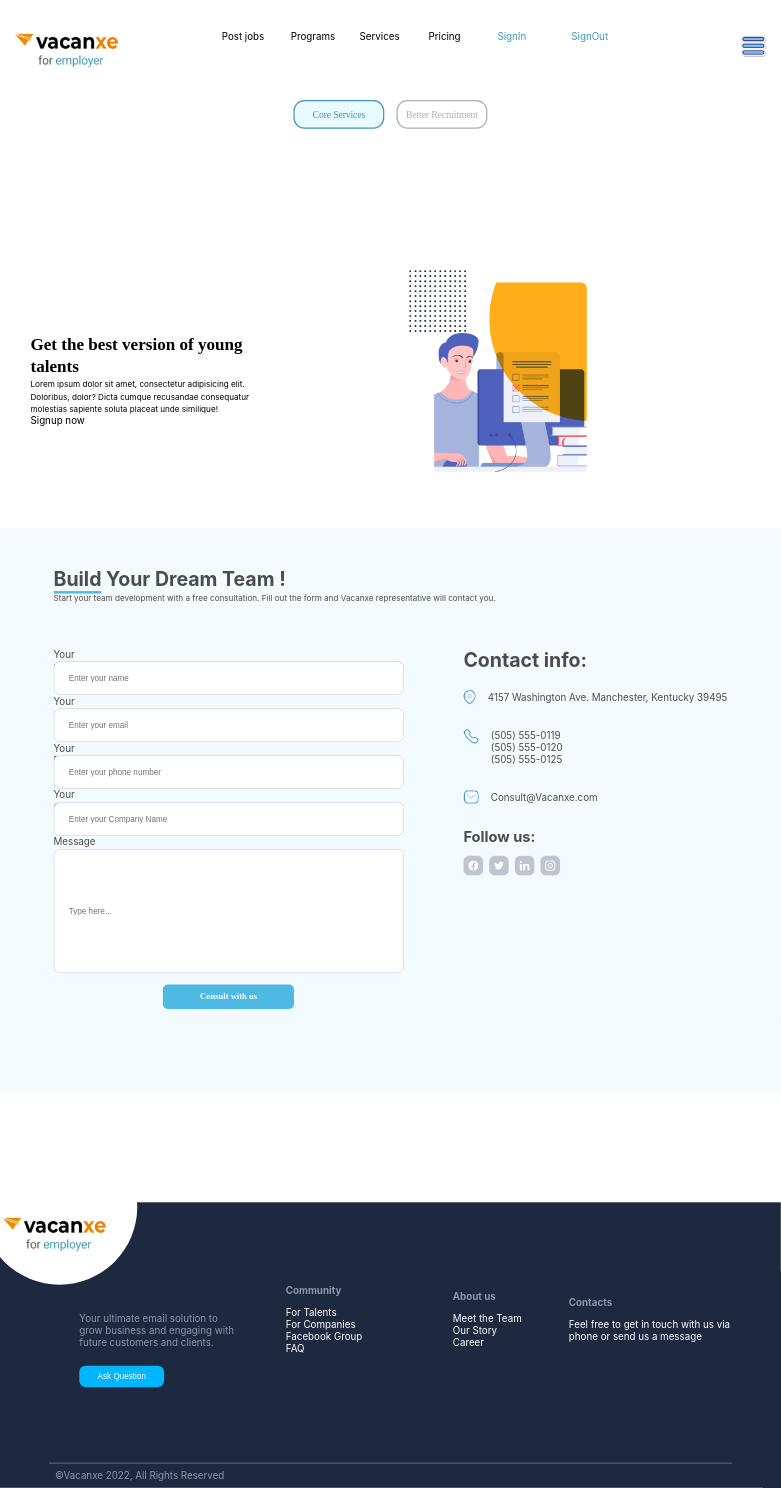
Repository: uh-sman/Vacanxe
Page: /
These files come from the project's save history. The page is drawn as it stood at one moment and after the next save; the edit follows.
The browser window is 1280 px wide. The pictures show the whole page, at 61% of full size.
The project was rebuilt for these pictures with package versions that can differ from the ones it lists, and the page was loaded fresh each time.

Above is the page before, as saved 2022-12-03 18:31:33.

After the next save:
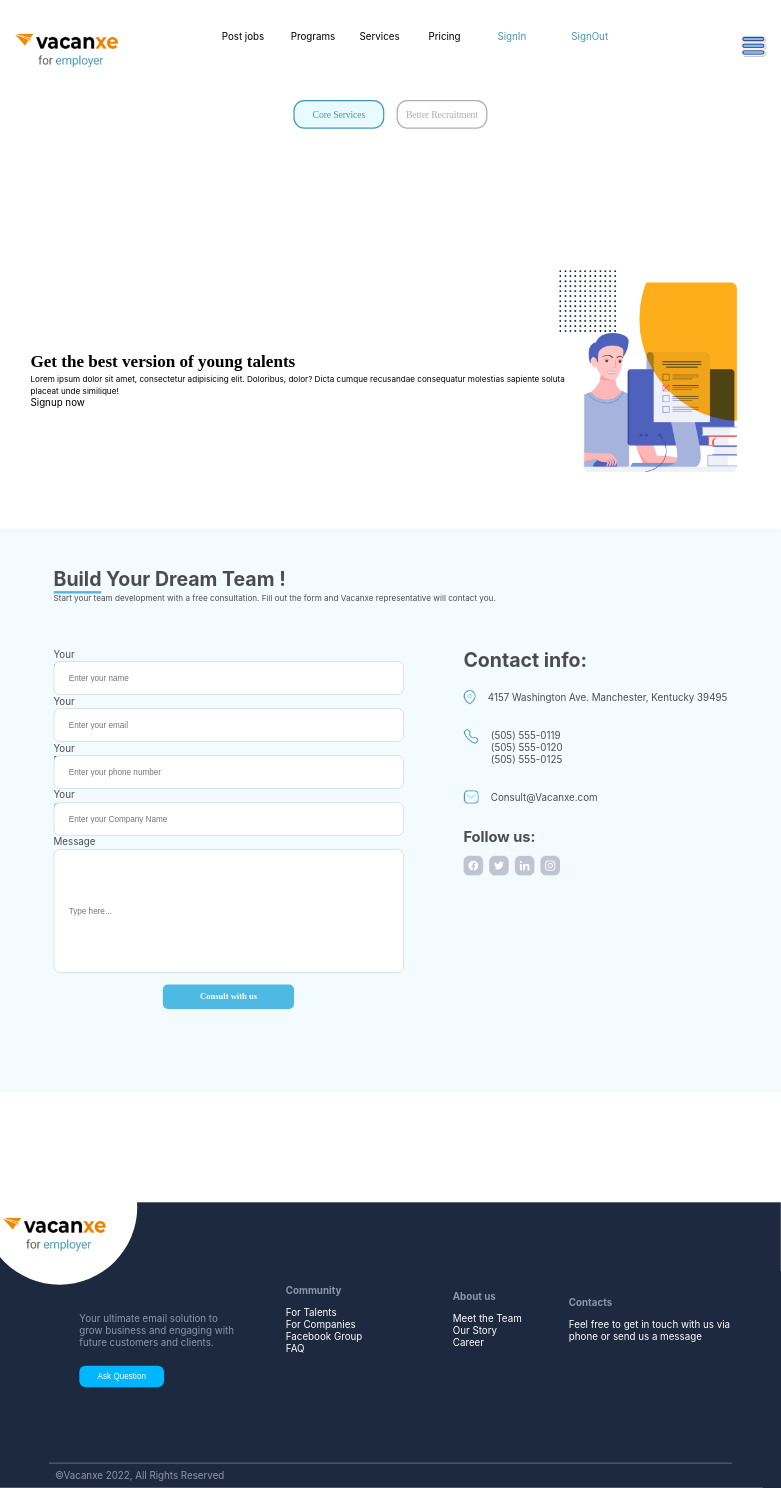
Saved 9 s later.
--- a/src/components/version.css
+++ b/src/components/version.css
@@ -9,7 +9,7 @@
 
   padding: 86px 50px;
 
-  grid-template-columns: 1fr 2fr;
+  grid-template-columns: 3fr 1fr;
 }
 .h2 {
   font-family: Poppins;
